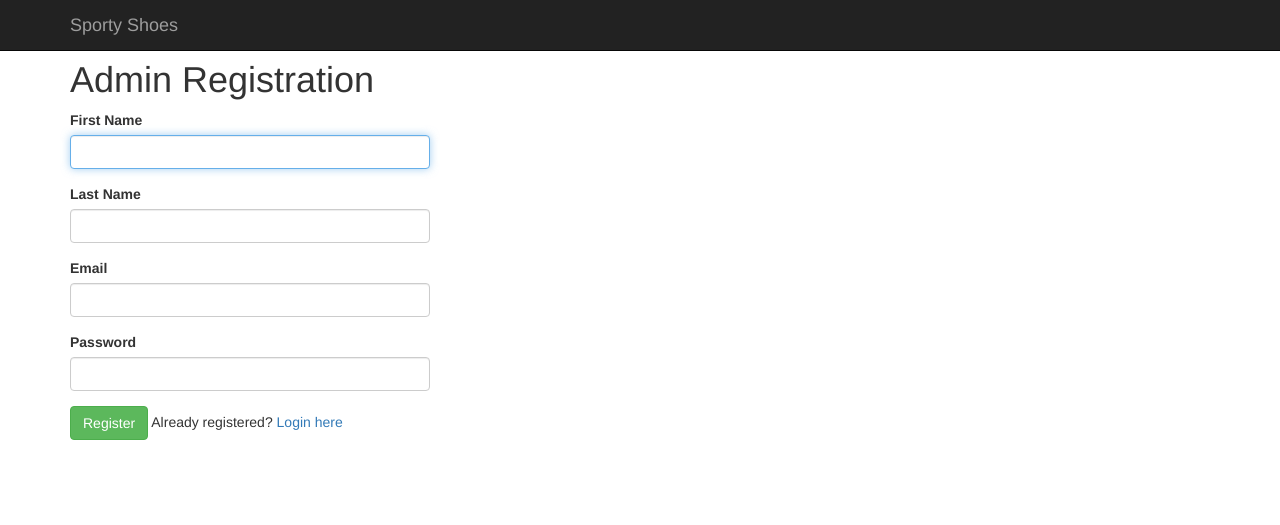
Repository: Niks4u2/SportyShoes
Page: http://localhost/adminregistration
The author's editor kept a copy of each file at every save. The page is drawn from the files as they stood at one save, then again after the next save.
The browser window is 1280 px wide. The pictures show the whole page.
Some web libraries are served in a nearby version. The page is this project's Thymeleaf template; nobody is signed in. The template is opened directly, without the code that normally fills it, so the values that code supplies are empty.

Above is the page before, as saved 2021-11-07 17:44:54.

After the next save:
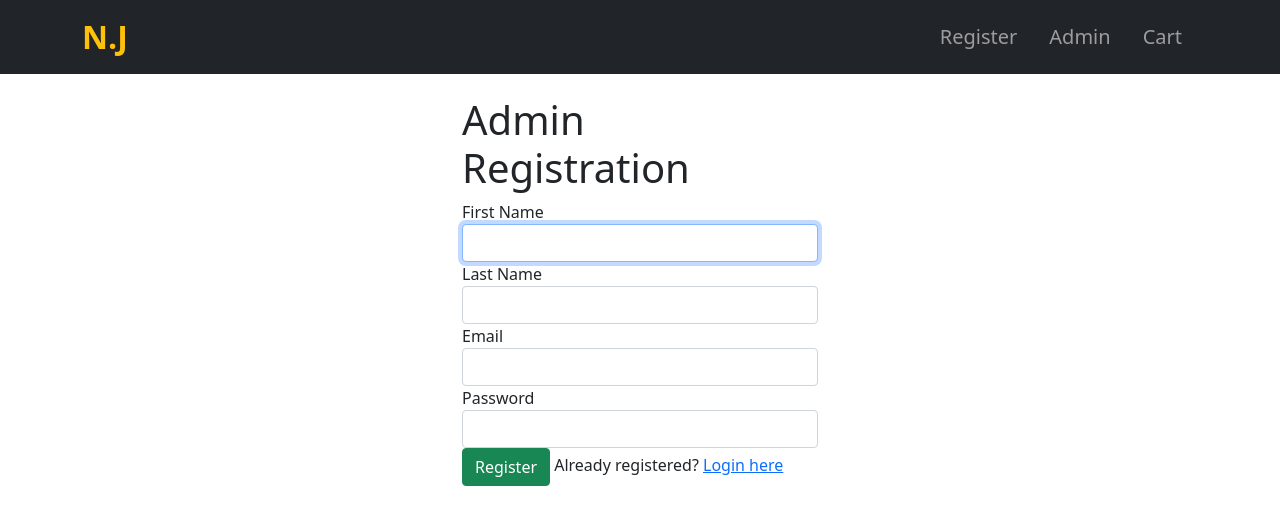
Saved 57 s later.
--- a/Source Code/sporty-shoes/src/main/resources/templates/adminregistration.html
+++ b/Source Code/sporty-shoes/src/main/resources/templates/adminregistration.html
@@ -2,33 +2,43 @@
 <html xmlns:th="http://www.thymeleaf.org">
 <head>
 <meta charset="ISO-8859-1">
-<title>Registration</title>
-<link rel="stylesheet"
-	href="https://maxcdn.bootstrapcdn.com/bootstrap/3.3.7/css/bootstrap.min.css"
-	integrity="sha384-BVYiiSIFeK1dGmJRAkycuHAHRg32OmUcww7on3RYdg4Va+PmSTsz/K68vbdEjh4u"
-	crossorigin="anonymous">
+<title>Admin Registration</title>
+    <link rel="stylesheet" href="https://cdnjs.cloudflare.com/ajax/libs/animate.css/4.1.1/animate.min.css" />
+    <link href="https://cdn.jsdelivr.net/npm/bootstrap@5.0.2/dist/css/bootstrap.min.css" rel="stylesheet"
+        integrity="sha384-EVSTQN3/azprG1Anm3QDgpJLIm9Nao0Yz1ztcQTwFspd3yD65VohhpuuCOmLASjC" crossorigin="anonymous">
+    <script src="https://cdn.jsdelivr.net/npm/bootstrap@5.0.2/dist/js/bootstrap.bundle.min.js"
+        integrity="sha384-MrcW6ZMFYlzcLA8Nl+NtUVF0sA7MsXsP1UyJoMp4YLEuNSfAP+JcXn/tWtIaxVXM"
+        crossorigin="anonymous"></script>
+    <script src="https://kit.fontawesome.com/92e9dde9ec.js" crossorigin="anonymous"></script>
 </head>
 <body>
-
-	<!-- create navigation bar ( header) -->
-	<nav class="navbar navbar-inverse navbar-fixed-top">
-		<div class="container">
-			<div class="navbar-header">
-				<button type="button" class="navbar-toggle collapsed"
-					data-toggle="collapse" data-target="#navbar" aria-expanded="false"
-					aria-controls="navbar">
-					<span class="sr-only">Toggle navigation</span> <span
-						class="icon-bar"></span> <span class="icon-bar"></span> <span
-						class="icon-bar"></span>
-				</button>
-				<a class="navbar-brand" href="#" th:href="@{/}">Sporty Shoes</a>
-			</div>
-		</div>
-	</nav>
-
-<br>
-<br>
-	<!-- Create HTML registration form -->
+    <!-- Navbar -->
+    <nav class="navbar navbar-expand-lg bg-dark navbar-dark fixed-top">
+        <div class="container">
+            <a href="#" class="navbar-brand text-warning fw-bold fs-2 animate__animated animate__bounce">N.J</a>
+            <button class="navbar-toggler" type="button" data-bs-toggle="collapse" data-bs-target="#navmenu">
+                <span class="navbar-toggler-icon"></span>
+            </button>
+            <div class="collapse navbar-collapse" id="navmenu">
+                <ul class="navbar-nav ms-auto">
+                    <li class="nav-item">
+                        <a href="#about" class="nav-link lead px-3">Register</a>
+                    </li>
+                    <li class="nav-item">
+                        <a href="#work" class="nav-link lead px-3">Admin</a>
+                    </li>
+                    <li class="nav-item">
+                        <a href="#contact" class="nav-link lead px-3">Cart</a>
+                    </li>
+                </ul>
+            </div>
+        </div>
+    </nav>
+    <br>
+    <br>
+    <br>
+    <br>
+	<!-- Create HTML admin registration form -->
 	<div class="container">
 		<div class="row">
 					    <div class="col"></div>
